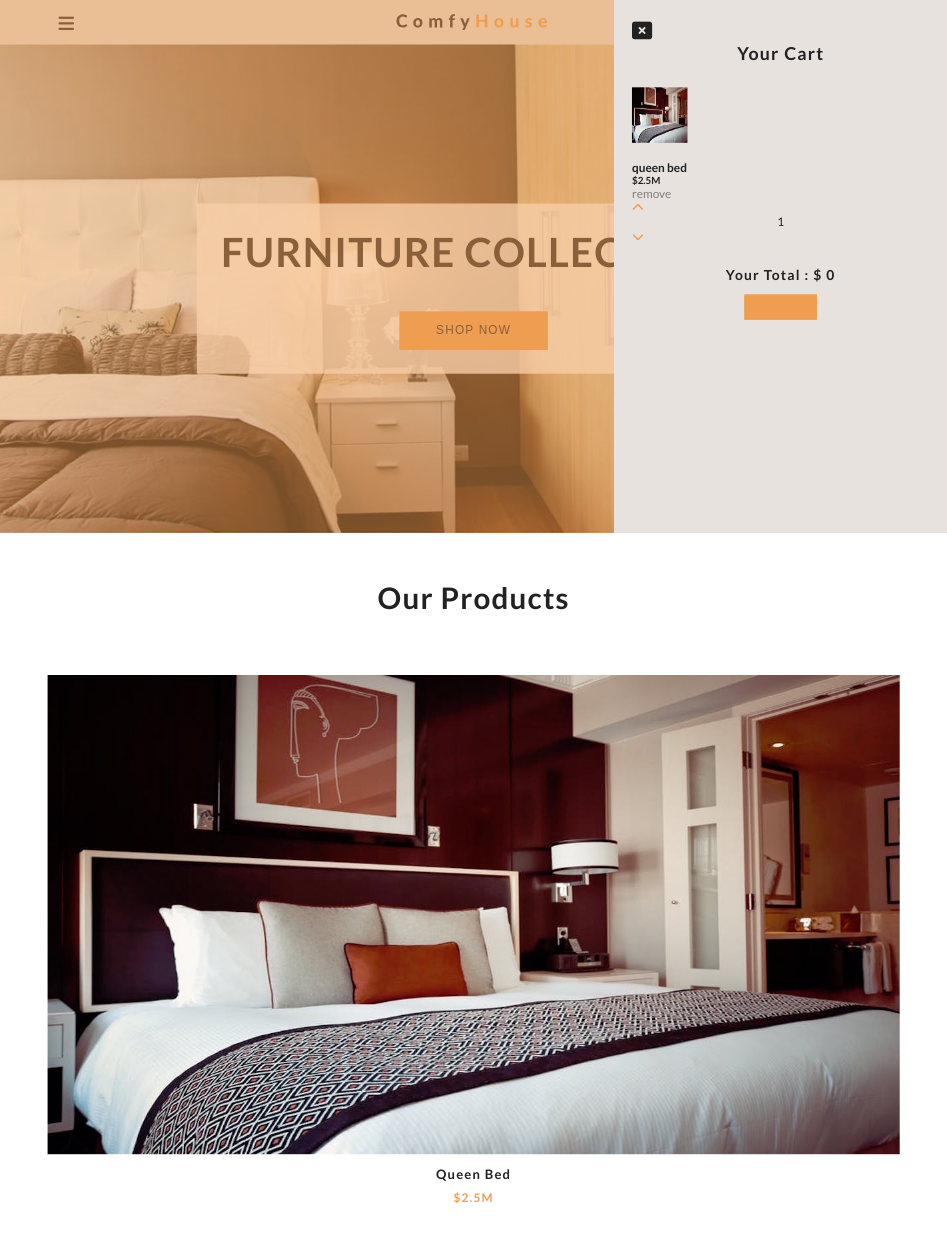
Repository: MohammadMazloum123/E-Commerce-Project
Page: images/index.html
These files come from the project's save history. The page is drawn as it stood at one moment and after the next save; the edit follows.
The browser window is 1280 px wide. The pictures show the whole page, at 74% of full size.
Some web libraries are served in a nearby version.

Above is the page before, as saved 2024-02-18 14:17:48.

### images/index.html
<!DOCTYPE html>
<html lang="en">
<head>
    <meta charset="UTF-8">
    <meta name="viewport" content="width=device-width, initial-scale=1.0">
    <title>Comfy-House</title>
    <link rel="stylesheet" href="main.css">
</head>
<body>
    <!--nav bar-->
    <nav class="navbar">
        <div class="navbar-center">
            <span class="nav-icon">
                <i class="fas fa-bars"></i>
            </span>
            <img src="logo.svg">
            <div class="cart-btn">
                <span class="nav-icon">
                    <i class="fas fa-cart-plus"></i>
                </span>
                <div class="cart-items">0</div>
            </div>
        </div>
    </nav>
    <!--End of navbar-->
    <!--Hero-->
    <header class="hero">
        <div class="banner">
            <h1 class="banner-title">furniture collection</h1>
            <button class="banner-btn">shop now</button>
        </div>
    </header>
    <!--End of Hero-->
    <!--Products-->
    <section class="products">
        <div class="section-title">
            <h2>our products</h2>
        </div>
        <div class="products-center">
            <!--single products-->
            <article class="product">
                <div class="img-container">
                    <img src="product-1.jpeg" class="product-img">
                    <button class="bag-btn" data-id="1">
                        <i class="fas fa-shopping-cart"></i>
                        add to bag
                    </button>
                </div>
                <h3>queen bed</h3>
                <h4>$2.5M</h4>
            </article>
            <!--end of single products-->
        </div>
    </section>
    <!--End of products-->
    <!--Cart-->
    <div class="cart-overlay">
        <div class="cart">
            <span class="close-cart">
                <i class="fas fa-window-close"></i>
            </span>
            <h2>your cart</h2>
            <div class="cart-content">
                <!--cart item-->
                <div class="cart-item">
                    <img src="product-1.jpeg">
                </div>
                <div>
                    <h4>queen bed</h4>
                    <h5>$2.5M</h5>
                    <span class="remove-item">remove</span>
                </div>
                <div>
                    <i class="fas fa-chevron-up"></i>
                    <p class="item-amount">1</p>
                    <i class="fas fa-chevron-down"></i>
                </div>
                <!--end of cart item-->
            </div>
            <div class="cart-footer">
                <h3>your total : $ <span class="cart-total">0</span></h3>
                <button class="clear-cart banner-btn"></button>
            </div>
        </div>
    </div>
    <!--End of cart-->
    <script src="app.js"></script>
    <script src="https://kit.fontawesome.com/15b45a17d7.js" crossorigin="anonymous"></script>
</body>
</html>

### images/main.css
    @import url("https://fonts.googleapis.com/css?family=Lato:400,700");

:root {
    --primaryColor: #f09d51;
    --mainWhite: #fff;
    --mainBlack: #222;
    --mainGrey: #ececec;
    --mainSpacing: 0.1rem;
    --mainTransition: all 0.3s linear;
    }
* {
    margin: 0;
    padding: 0;
    box-sizing: border-box;
    }
body {
    color: var(--mainBlack);
    background: var(--mainWhite);
    font-family: "Lato", sans-serif;
    }
    /* --------------- Navbar ---------------- */
.navbar {
    position: sticky;
    top: 0;
    height: 60px;
    width: 100%;
    display: flex;
    align-items: center;
    background: rgb(231, 226, 221);
    z-index: 1;
    }
    .navbar-center {
    width: 100%;
    max-width: 1170px;
    margin: 0 auto;
    display: flex;
    align-items: center;
    justify-content: space-between;
    padding: 0 1.5rem;
    }
    .nav-icon {
    font-size: 1.5rem;
    }
    .cart-btn {
    position: relative;
    cursor: pointer;
    }
    .cart-items {
    position: absolute;
    top: -8px;
    right: -8px;
    background: var(--primaryColor);
    padding: 0 5px;
    border-radius: 30%;
    color: var(--mainWhite);
    }
    /* --------------- End of Navbar ---------------- */
    /* --------------- Hero ---------------- */
    .hero {
    min-height: calc(100vh - 60px);
    background: url("hero-bcg.jpeg") center/cover no-repeat;
    display: flex;
    align-items: center;
    justify-content: center;
    }
    .banner {
    text-align: center;
    background: rgba(255, 255, 255, 0.8);
    display: inline-block;
    padding: 2rem;
    }
    .banner-title {
    font-size: 3.4rem;
    text-transform: uppercase;
    letter-spacing: var(--mainSpacing);
    margin-bottom: 3rem;
    }
    .banner-btn {
    padding: 1rem 3rem;
    text-transform: uppercase;
    letter-spacing: var(--mainSpacing);
    font-size: 1rem;
    background: var(--primaryColor);
    color: var(--mainBlack);
    border: 1px solid var(--primaryColor);
    transition: var(--mainTransition);
    cursor: pointer;
    }
    .banner-btn:hover {
    background: transparent;
    color: var(--primaryColor);
    }
    /* --------------- End of Hero ---------------- */

    /* --------------- Products ---------------- */

    .products {
    padding: 4rem 0;
    }
    .section-title h2 {
    text-align: center;
    font-size: 2.5rem;
    margin-bottom: 5rem;
    text-transform: capitalize;
    letter-spacing: var(--mainSpacing);
    }
    .products-center {
    width: 90vw;
    margin: 0 auto;
    max-width: 1170px;
    display: grid;
    grid-template-columns: repeat(auto-fit, minmax(260px, 1fr));
    grid-column-gap: 1.5rem;
    grid-row-gap: 2rem;
    }
    .img-container {
    position: relative;
    overflow: hidden;
    }
    .bag-btn {
    position: absolute;
    top: 70%;
    right: 0;
    background: var(--primaryColor);
    border: none;
    text-transform: uppercase;
    padding: 0.5rem 0.75rem;
    letter-spacing: var(--mainSpacing);
    font-weight: bold;
    transition: var(--mainTransition);
    transform: translateX(101%);
    cursor: pointer;
    }
    .bag-btn:hover {
    color: var(--mainWhite);
    }
    .fa-shopping-cart {
    margin-right: 0.5rem;
    }
    .img-container:hover .bag-btn {
    transform: translateX(0);
    }
    .product-img {
    display: block;
    width: 100%;
    min-height: 12rem;
    transition: var(--mainTransition);
    }
    .img-container:hover .product-img {
    opacity: 0.5;
    }

    .product h3 {
    text-transform: capitalize;
    font-size: 1.1rem;
    margin-top: 1rem;
    letter-spacing: var(--mainSpacing);
    text-align: center;
    }

    .product h4 {
    margin-top: 0.7rem;
    letter-spacing: var(--mainSpacing);
    color: var(--primaryColor);
    text-align: center;
    }

    /* ---------------End of Products ---------------- */
    /* --------------- Cart ---------------- */
    .cart-overlay {
    position: fixed;
    top: 0;
    right: 0;
    width: 100%;
    height: 100%;
    transition: var(--mainTransition);
    background: rgb(240, 157, 81, 0.5);
    z-index: 2;
    /*visibility: hidden;*/
    }
    .cart {
    position: fixed;
    top: 0;
    right: 0;
    width: 100%;
    height: 100%;
    overflow: scroll;
    z-index: 3;
    background: rgb(231, 226, 221);
    padding: 1.5rem;
    transition: var(--mainTransition);
    /*transform: translateX(100%);*/
    }
    .showCart {
    transform: translateX(0);
    }
    .transparentBcg {
    visibility: visible;
    }
    @media screen and (min-width: 768px) {
    .cart {
        width: 30vw;
        min-width: 450px;
    }
    }

    .close-cart {
    font-size: 1.7rem;
    cursor: pointer;
    }
    .cart h2 {
    text-transform: capitalize;
    text-align: center;
    letter-spacing: var(--mainSpacing);
    margin-bottom: 2rem;
    }
    /*---------- Cart Item -------------------- */
    .cart-item {
    display: grid;
    align-items: center;
    grid-template-columns: auto 1fr auto;
    grid-column-gap: 1.5rem;
    margin: 1.5rem 0;
    }
    .cart-item img {
    width: 75px;
    height: 75px;
    }
    .cart-item h4 {
    font-size: 0.85rem;
    text-transform: capitalize;
    letter-spacing: var(--mainSpacing);
    }
    .cart-item h5 {
    margin: 0.5rem 0;
    letter-spacing: var(--mainSpacing);
    }
    .item-amount {
    text-align: center;
    }
    .remove-item {
    color: grey;
    cursor: pointer;
    }
    .fa-chevron-up,
    .fa-chevron-down {
    color: var(--primaryColor);
    cursor: pointer;
    }
    /*---------- End of Cart Item -------------------- */

    .cart-footer {
    margin-top: 2rem;
    letter-spacing: var(--mainSpacing);
    text-align: center;
    }
    .cart-footer h3 {
    text-transform: capitalize;
    margin-bottom: 1rem;
    }

    /* --------------- End of Cart ---------------- */

Loaded but not shown: images/app.js (no copy from this time; the picture is the same without it)

After the next save:
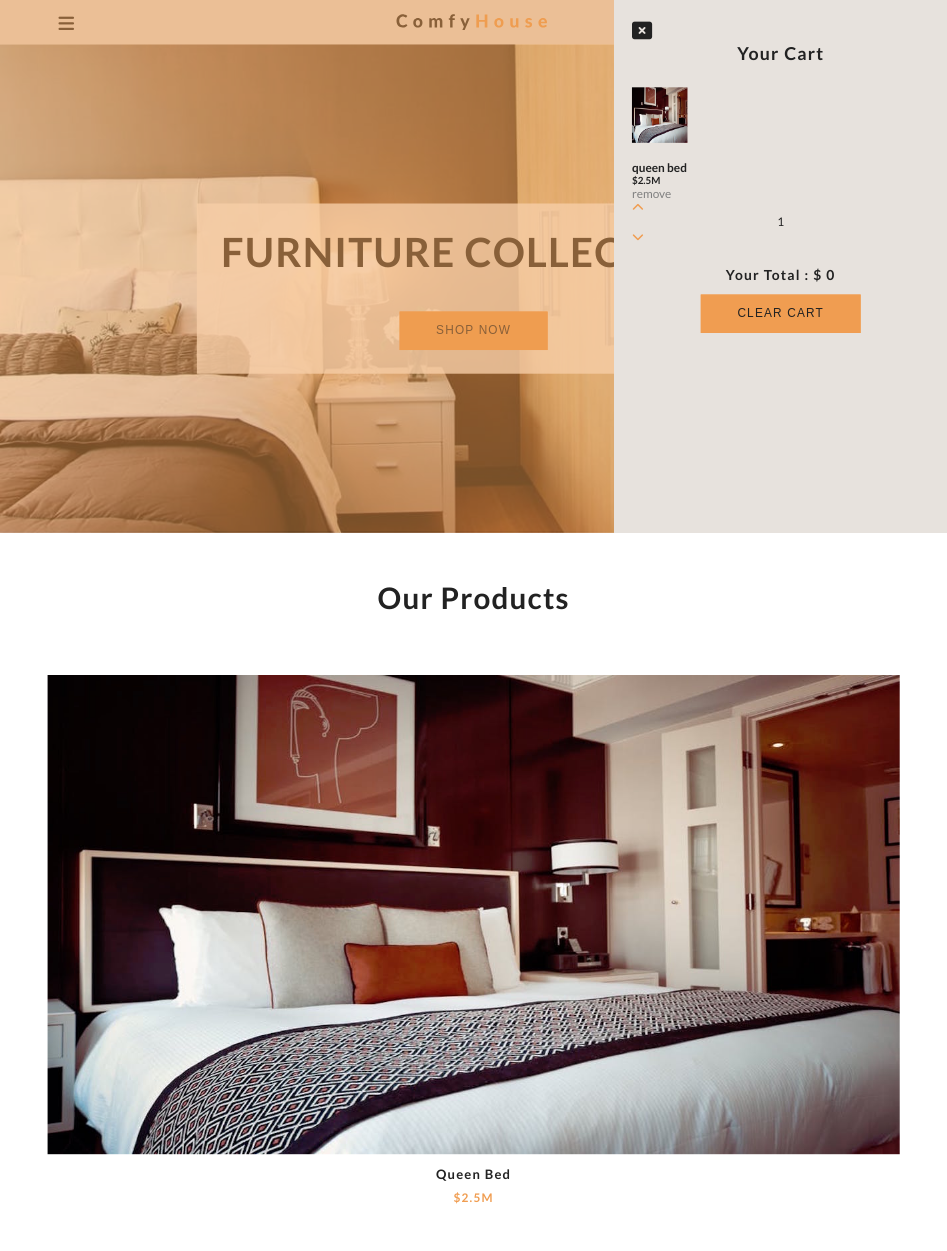
Saved 8 s later.
--- a/images/index.html
+++ b/images/index.html
@@ -79,7 +79,7 @@
             </div>
             <div class="cart-footer">
                 <h3>your total : $ <span class="cart-total">0</span></h3>
-                <button class="clear-cart banner-btn"></button>
+                <button class="clear-cart banner-btn">clear cart</button>
             </div>
         </div>
     </div>
